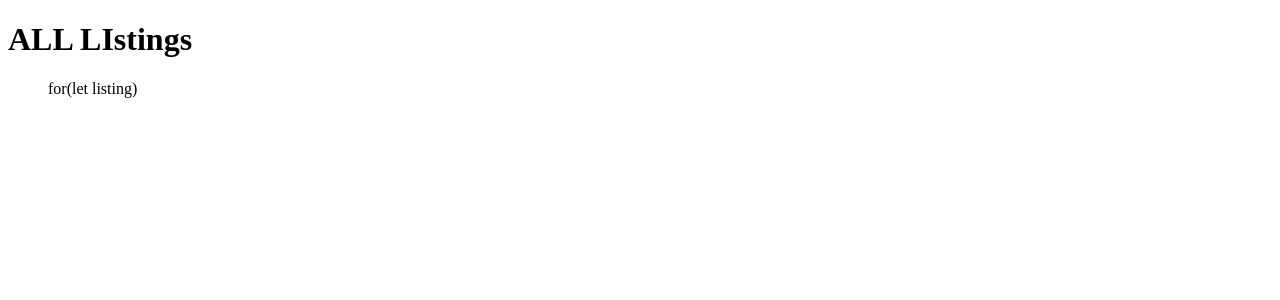
Repository: ShivamKumarlnct/major-project
Page: http://localhost/listings
These files come from the project's save history. The page is drawn as it stood at one moment and after a run of saves; the edit follows.
The browser window is 1280 px wide. The pictures show the whole page.
The page is served by the project's Node server (app.js). Other server files are loaded and not shown. Queries for data that is not in the repository find no rows.

Above is the page before, as saved 2024-07-29 01:38:10.

### views/listing/index.ejs
<!DOCTYPE html>
<html lang="en">
<head>
    <meta charset="UTF-8">
    <meta name="viewport" content="width=device-width, initial-scale=1.0">
    <title>Document</title>
</head>
<body>
    <h1>ALL LIstings</h1>

</body>
</html>
<ul>
    for(let listing)
</ul>

### app.js
const express = require("express");
const app = express();
const mongoose = require("mongoose");

const Listing = require("./models/listing.js");
const path=require("path");

main().then(() => {
    console.log("connected to db");
}).catch((err) => {
    console.log(err);
});

async function main() {
    await mongoose.connect('mongodb://127.0.0.1:27017/wander');
}
app.set("view engine","ejs");
app.set("views",path.join(__dirname,"views"));

// ------server-open-----------
app.get("/", (req, res) => {
    res.send("hi i m server");
});
app.get("/listings",async (req,res)=>{
   const alllistings= await Listing.find({});
   res.render("listing/index.ejs",{alllistings});
});
// ------test listing-----------
// app.get("/testListing", async (req, res) => {
//     let sampling = new Listing({
//         title: "my new home",
//         description: "this is DN house",
//         Price: 20000000,
//         location: "BIHAR",
//         Country: "INDIA",
//     });
//     await sampling.save();
//     console.log("sampling was done");
//     res.send("Done");
// });

// --------port---------------
app.listen(8080, () => {
    console.log("Server is running on port 8080");
});

After the next 2 saves:
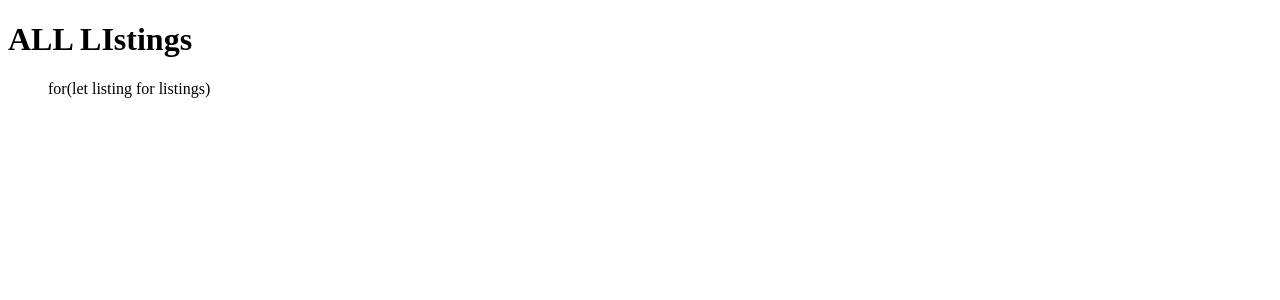
The 2 saves are shown as one change because they came seconds apart.
The last was saved 6 s later.
--- a/views/listing/index.ejs
+++ b/views/listing/index.ejs
@@ -11,5 +11,5 @@
 </body>
 </html>
 <ul>
-    for(let listing)
+    for(let listing for listings)
 </ul>
